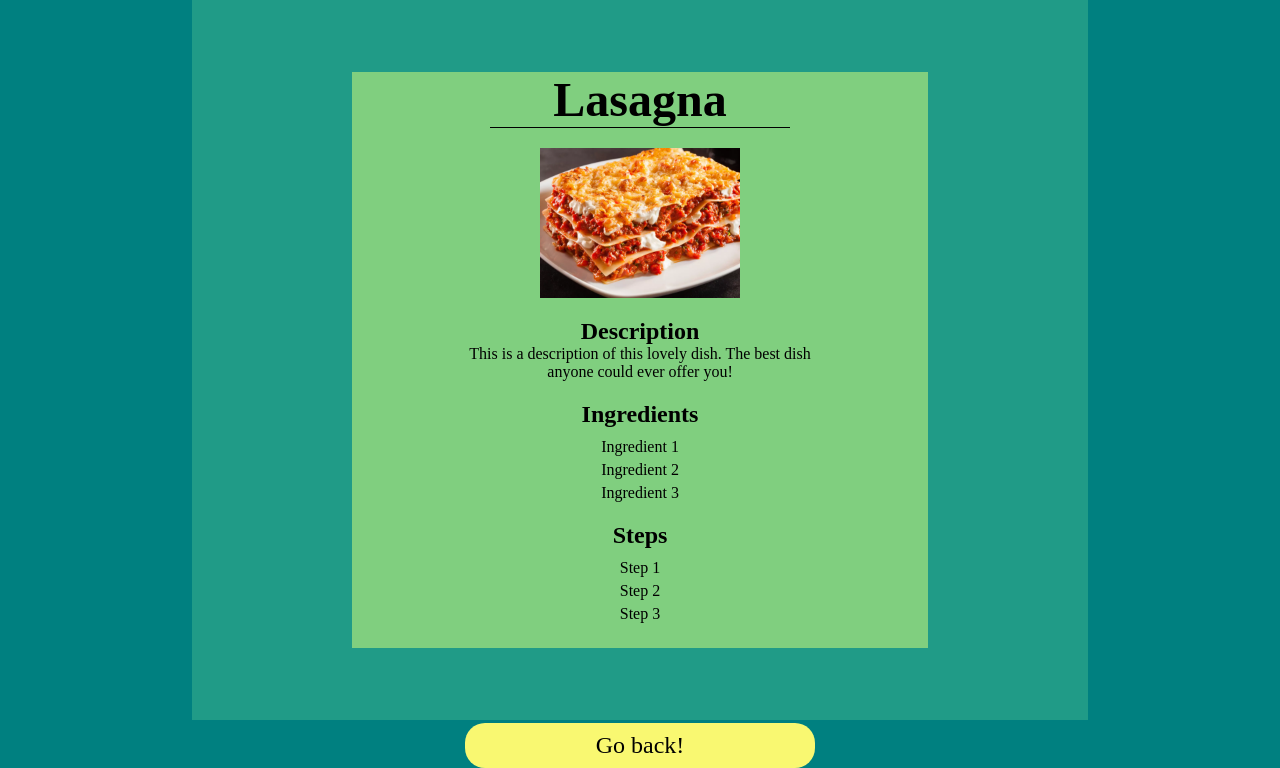
Repository: Pafestivo/odin-recipes
Page: recipes/lasagna.html
The author's editor kept a copy of each file at every save. The page is drawn from the files as they stood at one save, then again after the next save.
The browser window is 1280 px wide. The pictures show the whole page.

Above is the page before, as saved 2022-09-24 13:02:29.

### recipes/lasagna.html
<!DOCTYPE html>
<html lang="en">
<head>
    <meta charset="UTF-8">
    <meta name="viewport" content="width=device-width, initial-scale=1.0">
    <link rel="stylesheet" href="../css/recipe-styles.css">
    <title>Recipe-Lasagna</title>
</head>
<body>
    <div class="container">
        <div class="inner">
            <h1>Lasagna</h1>
            <img
            src="../images/lasagna.jpg"
            alt="An image of Lasagna"
            />
            <h2>Description</h2>
            <p>This is a description of this lovely dish. The best dish anyone could ever offer you!</p>

            <h2>Ingredients</h2>
            <ul>
            <li>Ingredient 1</li>
            <li>Ingredient 2</li>
            <li>Ingredient 3</li>
            </ul>

            <h2>Steps</h2>
            <ol>
            <li>Step 1</li>
            <li>Step 2</li>
            <li>Step 3</li>
            </ol>
            <a href="../index.html">Go back!</a>

        </div> <!-- /inner -->
    </div> <!-- /container -->

</body>
</html>

### css/recipe-styles.css
* {
  box-sizing: border-box;
  padding: 0;
  margin: 0;
}

body {
  font-family: serif;
  background-color: #008080;
  padding: 1;
}

.container {
  background-color: #209B87;
  display: flex;
  width: 70vw;
  height: 100vh;
  padding: 1px;
  margin: 0 auto;
}

.inner {
  background-color: #80CF7F;
  width: 45vw;
  height: 80vh;
  margin: auto;
}

h1 {
  text-align: center;
  font-size: 3rem;
  margin: 0 auto 20px auto;
  border-bottom: 1px solid black;
  width: 300px;
}

img {
  display: block;
  margin: 0 auto;
  width: 200px;
  height: 150px;
}

h2 {
  text-align: center;
  font-size: 1.5rem;
  margin: 20px auto 0 auto;
}

p {
  text-align: center;
  width: 350px;
  margin: 0 auto;
}

ul,
ol {
  list-style: none;
  text-align: center;
  margin: 10px;
}

li {
  margin-bottom: 5px;
}

a {
  display: flex;
  justify-content: center;
  align-items: center;
  margin: 100px auto 0 auto;
  width: 350px;
  font-size: 1.5em;
  height: 45px;
  border-radius: 20px;
  text-decoration: none;
  color: inherit;
  background-color: #F9F871;
  transition: all 0.1s ease-in;
}

After the next save:
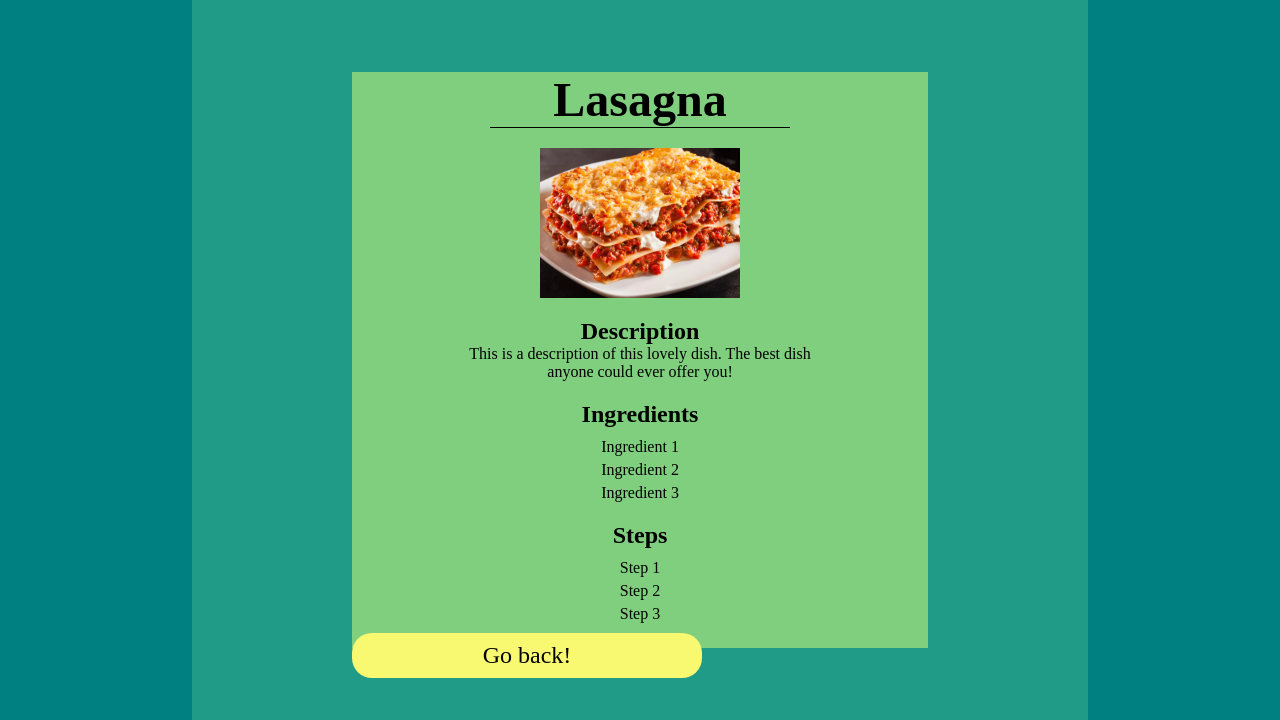
Saved 12 s later.
--- a/css/recipe-styles.css
+++ b/css/recipe-styles.css
@@ -68,7 +68,6 @@ a {
   display: flex;
   justify-content: center;
   align-items: center;
-  margin: 100px auto 0 auto;
   width: 350px;
   font-size: 1.5em;
   height: 45px;
